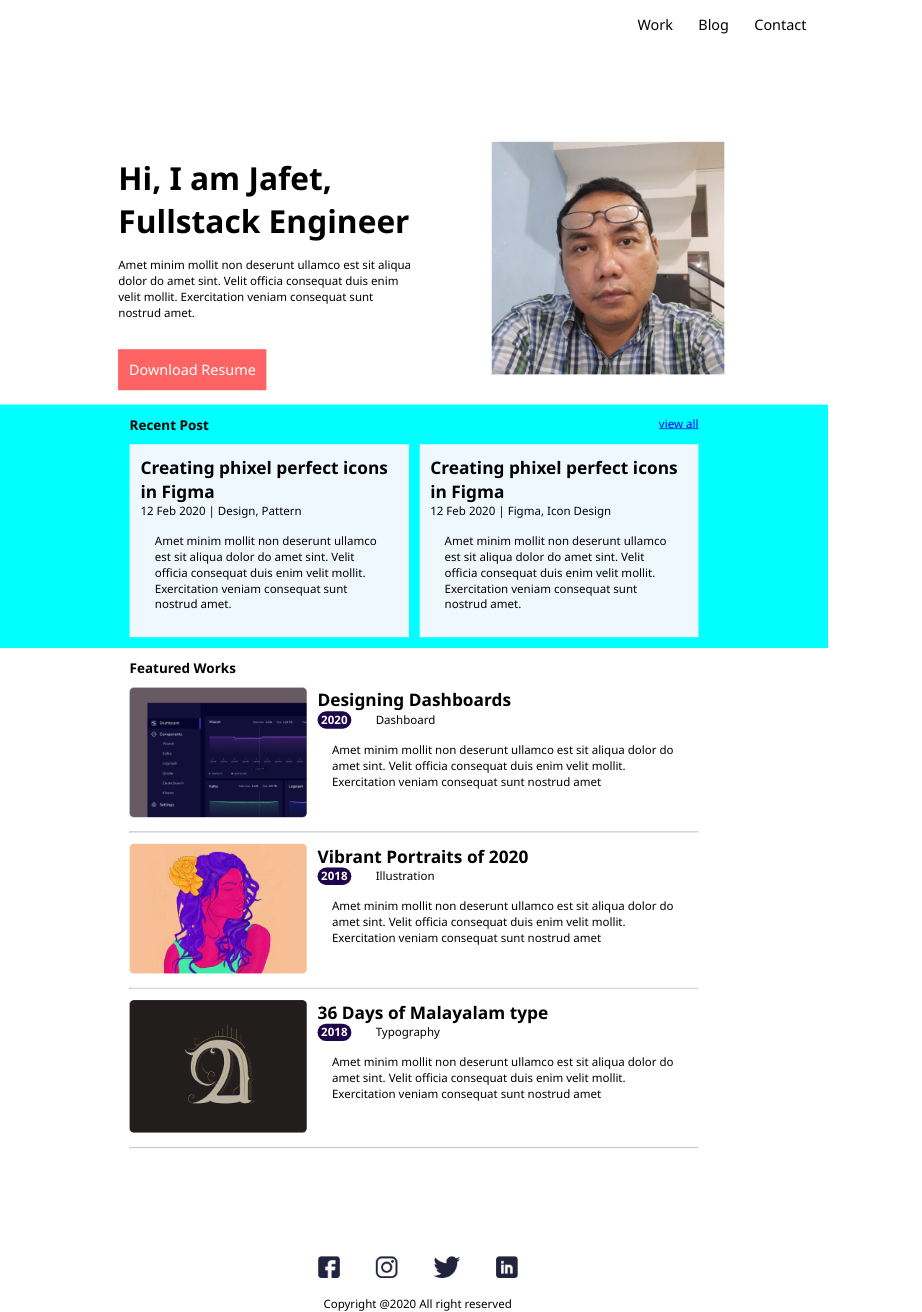
Repository: jafetdn73/portofolio
Page: index.html
An editor plug-in stored every save of this project. The page is shown before and after the next save, followed by the edit.
The browser window is 1280 px wide. The pictures show the whole page, at 72% of full size.

Above is the page before, as saved 2022-02-24 12:59:38.

### index.html
<!DOCTYPE html>
<html lang="en">
<head>
    <meta charset="UTF-8">
    <meta http-equiv="X-UA-Compatible" content="IE=edge">
    <meta name="viewport" content="width=device-width, initial-scale=1.0">
    <link rel="stylesheet" href="figma.css">
    <title>Belajar HTML CSS</title>
</head>
<body>
    <div class="container">
        <!-- Start Menu Bar -->
        <div class="menu-bar">
            <ul>
                <li>
                    Work
                </li>
                <li>
                    Blog
                </li>
                <li>
                    Contact
                </li>
            </ul>
        </div>
        <!-- Starr Hero -->
        <div class="hero">
            <div class="hero-text">
                <h1>Hi, I am Jafet,<br/>
                    Fullstack Engineer
                </h1>
                <p>
                    Amet minim mollit non deserunt ullamco est sit aliqua dolor do amet sint. Velit officia consequat duis enim velit mollit. Exercitation veniam consequat sunt nostrud amet.
                </p>
                <button>Download Resume</button>
            </div>
            <div class="hero-image">
                <img class="hero-image-src" src="jafet.png"/>
            </div>
        </div>
        <!-- Start Post -->
        <div class="post">
            <div class="post-navi">
                <h3>Recent Post</h3>
                <a href="http://detik.com">view all</a>
            </div>
            <div class="post-content">
                <div class="post-content-detail">
                    <h2>Creating phixel perfect icons in Figma</h2>
                    <label>12 Feb 2020</label>
                    <label>|</label>
                    <label>Design, Pattern</label>
                    <p>
                        Amet minim mollit non deserunt ullamco est sit aliqua dolor do amet sint. Velit officia consequat duis enim velit mollit. Exercitation veniam consequat sunt nostrud amet.
                    </p>
                </div>
                <div class="post-content-detail">
                    <h2>Creating phixel perfect icons in Figma</h2>
                    <label>12 Feb 2020</label>
                    <label>|</label>
                    <label>Figma, Icon Design</label>
                    <p>
                        Amet minim mollit non deserunt ullamco est sit aliqua dolor do amet sint. Velit officia consequat duis enim velit mollit. Exercitation veniam consequat sunt nostrud amet.
                    </p>
                </div>
            </div>
        </div>
        <!-- Start Featured -->
        <div class="featured">
            <h3>Featured Works</h3>
            <div class="featured-detail">
                <div class="featured-image">
                    <img src="Rectangle 30.png"/>
                </div>
                <div class="featured-text">
                    <h2>Designing Dashboards</h2>
                    <label class="featured-text-year" ><b>2020</b></label>
                    <label>Dashboard</label>
                    <p>
                        Amet minim mollit non deserunt ullamco est sit aliqua dolor do amet sint. Velit officia consequat duis enim velit mollit. Exercitation veniam consequat sunt nostrud amet
                    </p>
                </div>
            </div>
            <hr/>
            <div class="featured-detail">
                <div class="featured-image">
                    <img src="Rectangle 32.png"/>
                </div>
                <div class="featured-text">
                    <h2>Vibrant Portraits of 2020</h2>
                    <label class="featured-text-year" ><b>2018</b></label>
                    <label>Illustration</label>
                    <p>
                        Amet minim mollit non deserunt ullamco est sit aliqua dolor do amet sint. Velit officia consequat duis enim velit mollit. Exercitation veniam consequat sunt nostrud amet
                    </p>
                </div>
            </div>
            <hr/>
            <div class="featured-detail">
                <div class="featured-image">
                    <img src="Rectangle 34.png"/>
                </div>
                <div class="featured-text">
                    <h2>36 Days of Malayalam type</h2>
                    <label class="featured-text-year" ><b>2018</b></label>
                    <label>Typography</label>
                    <p>
                        Amet minim mollit non deserunt ullamco est sit aliqua dolor do amet sint. Velit officia consequat duis enim velit mollit. Exercitation veniam consequat sunt nostrud amet
                    </p>
                </div>
            </div>
            <hr/>
        </div>
        <!-- Start Social Media -->
        <div class="social-media"><img src="fb.png"/><img src="insta.png"/><img src="group.png"/><img src="linkedin.png"/></div>
        <div class="copyright">Copyright @2020 All right reserved</div>
    </div>
</body>
</html>

### figma.css
* {
    margin: 0;
    font-family:'Segoe UI', Tahoma, Geneva, Verdana, sans-serif
}

.container {
    width: 1150px;
}

.menu-bar {
    display: flex;
    justify-content: flex-end;
    margin-top: 20px;
}

.menu-bar ul li {
    display: inline;
    margin-right: 30px;
    font-size: 20px;
}

/* Start Hero */
.hero {
    display: flex;
    justify-content: space-around;
    margin-top: 150px;
    padding: 0 100px;
}

.hero-image-src {
    width: 323px;
    height: 323px;
}

.hero-text {
    width: 450px;
}

.hero-text h1 {
    font-size: 44px;
    font-weight: 400px;
}

.hero-text p {
    font-size: 16px;
}

.hero-text h1, p, button
{
    margin: 20px;
}

.hero-text button {
    background-color: #FF6464;
    border-style: none;
    padding: 15px;
    font-size: 20px;
    color: white;
}

/* Start Post */
.post {
    background-color:aqua;
    padding:15px 180px;
}

.post-navi {
    display :flex;
    justify-content:space-between ;
}

.post-content {
    display: flex;
    margin-top: 15px;
    gap:15px;
}

.post-content-detail {
    background-color: aliceblue;
    padding:15px;
}

/* Start Featured */
.featured {
    margin : 15px 180px;
    gap:15px;
}

.featured-detail {
    display:flex;
    margin-top: 15px;
    margin-bottom: 15px;
}

.featured-image {
    margin-right: 15px;
}


.social-media{
    margin-top: 150px;
    margin-left: 180px;
    width: 800px;
    text-align: center;
    display: inline-flexbox;
}

.social-media img {
    margin-left:25px;
    margin-right:25px;
}

.copyright {
    margin-top: 20px;
    margin-left: 180px;
    width: 800px;
    text-align: center;
}

.featured-text-year {
    color: white; background-color: rgb(29, 4, 75);padding-left: 5px;padding-right: 5px;padding-bottom: 2px;; border-radius: 25px;margin-right: 30px;
}

After the next save:
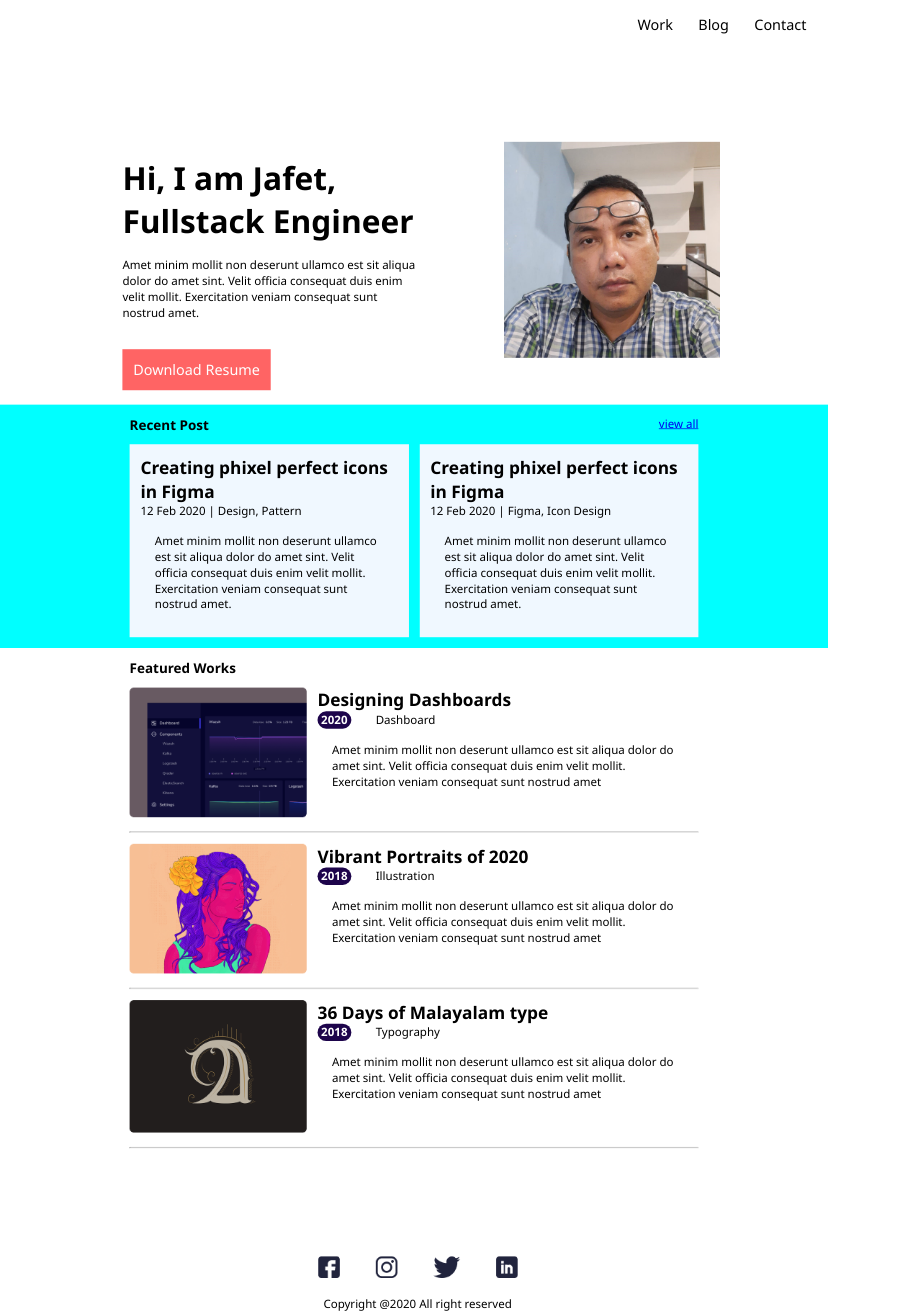
Saved 32 s later.
--- a/figma.css
+++ b/figma.css
@@ -28,8 +28,8 @@
 }
 
 .hero-image-src {
-    width: 323px;
-    height: 323px;
+    width: 300px;
+    height: 300px;
 }
 
 .hero-text {
